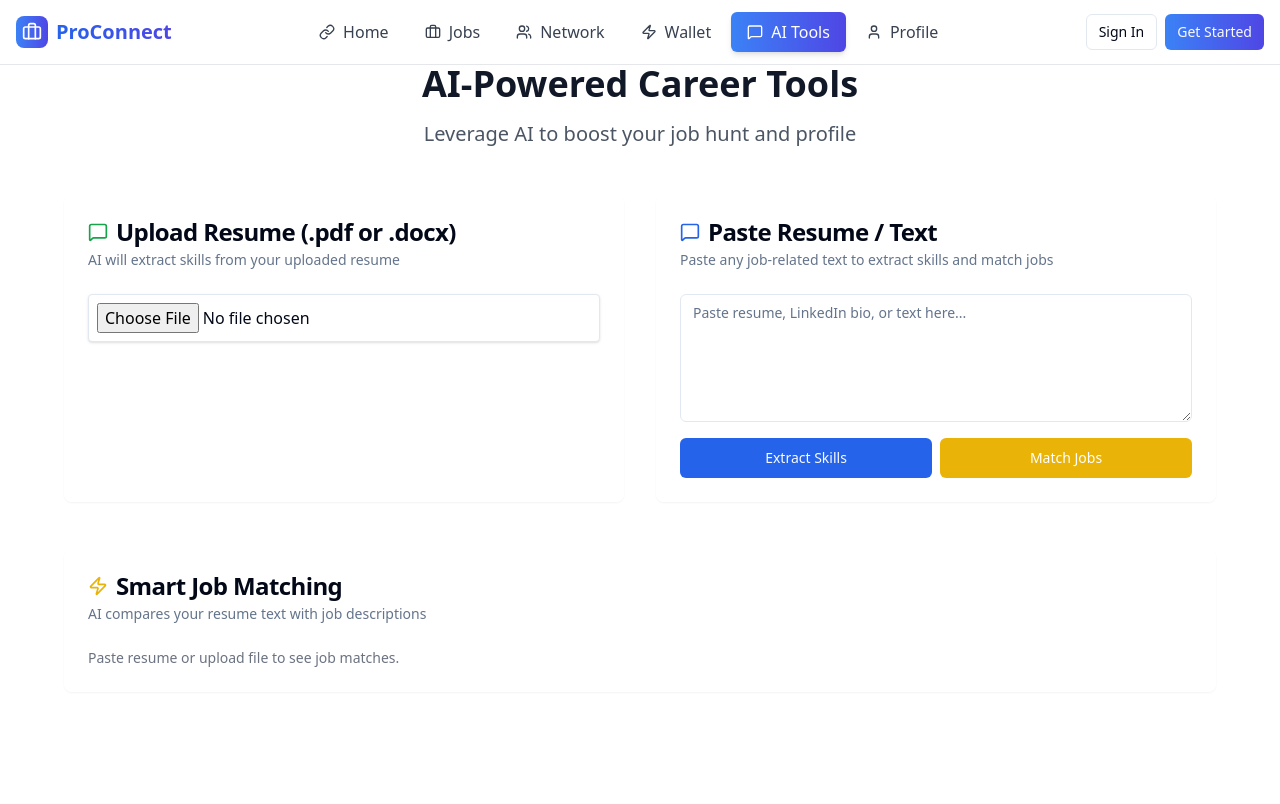
Repository: anjalikumari2207/connect-career-future
Page: /ai (app in client/)
These files come from the project's save history. The page is drawn as it stood at one moment and after the next save; the edit follows.
The browser window is 1280 px wide. The pictures show the whole page.
The project was rebuilt for these pictures with package versions that can differ from the ones it lists, and the page was loaded fresh each time. Also part of the build but not shown: client/vite.config.ts, client/src/components/ui/tooltip.tsx, client/src/components/ui/badge.tsx, client/src/components/ui/use-toast.ts, client/src/pages/WalletPage.tsx, client/src/pages/NotFound.tsx, client/src/pages/AuthPage.tsx, client/src/pages/ProfilePage.tsx and 11 more.

Above is the page before, as saved 2025-07-09 09:27:21.

### client/index.html

<!DOCTYPE html>
<html lang="en">
  <head>
    <meta charset="UTF-8" />
    <meta name="viewport" content="width=device-width, initial-scale=1.0" />
    <title>ProConnect - Professional Networking & Job Platform</title>
    <meta name="description" content="AI-powered professional networking and job platform with blockchain payments. Connect, discover opportunities, and grow your career." />
    <meta name="author" content="ProConnect" />

    <meta property="og:title" content="ProConnect - Professional Networking & Job Platform" />
    <meta property="og:description" content="AI-powered professional networking and job platform with blockchain payments. Connect, discover opportunities, and grow your career." />
    <meta property="og:type" content="website" />
    <meta property="og:image" content="https://lovable.dev/opengraph-image-p98pqg.png" />

    <meta name="twitter:card" content="summary_large_image" />
    <meta name="twitter:site" content="@proconnect_dev" />
    <meta name="twitter:image" content="https://lovable.dev/opengraph-image-p98pqg.png" />
  </head>

  <body>
    <div id="root"></div>
    <script type="module" src="/src/main.tsx"></script>
  </body>
</html>

### client/src/main.tsx
import { createRoot } from 'react-dom/client'
import App from './App.tsx'
import './index.css'

import { Buffer } from 'buffer';
import process from 'process';
(window as any).Buffer = Buffer;
(window as any).process = process;


createRoot(document.getElementById("root")!).render(<App />);

### client/src/App.tsx
import { Toaster } from "@/components/ui/toaster";
import { Toaster as Sonner } from "@/components/ui/sonner";
import { TooltipProvider } from "@/components/ui/tooltip";
import { QueryClient, QueryClientProvider } from "@tanstack/react-query";
import { BrowserRouter, Routes, Route } from "react-router-dom";
import WalletPage from "@/pages/WalletPage";
import Navigation from "@/components/Navigation";
import NotFound from "@/pages/NotFound";
import AuthPage from "@/pages/AuthPage";
import ProfilePage from "@/pages/ProfilePage";
import PostJob from "@/pages/PostJob";
import JobFeed from "@/pages/JobFeed";
import Home from "@/pages/Home";
import { useSolanaWallet } from "@/hooks/useSolanaWallet";
import NetworkingSection from "@/pages/NetworkingSection";
import PhantomConnect from "./components/blockchain/PhantomConnect";
import AIFeatures from "@/pages/AIFeatures";

const queryClient = new QueryClient();

const App = () => (
  <QueryClientProvider client={queryClient}>
    <TooltipProvider>
      <Toaster />
      <Sonner />

      <BrowserRouter>
        {/* ✅ Show Navigation on every page */}
        <Navigation />

        {/* ✅ All routes */}
        <Routes>
          <Route path="/" element={<Home />} />
          <Route path="/auth" element={<AuthPage onLogin={(user) => console.log("Logged in:", user)} />} />
          <Route path="/post-job" element={<PostJob />} />
          <Route path="/jobs" element={<JobFeed />} />
          <Route path="/profile" element={<ProfilePage />} />
          <Route path="/network" element={<NetworkingSection />} />
          <Route path="/wallet" element={<WalletPage />} />
          <Route path="/phantom" element={<PhantomConnect />} />
          <Route path="/ai" element={<AIFeatures />} />
          <Route path="*" element={<NotFound />} />
        </Routes>
      </BrowserRouter>
    </TooltipProvider>
  </QueryClientProvider>
);

export default App;

### client/src/components/ui/toaster.tsx
import { useToast } from "@/hooks/use-toast"
import {
  Toast,
  ToastClose,
  ToastDescription,
  ToastProvider,
  ToastTitle,
  ToastViewport,
} from "@/components/ui/toast"

export function Toaster() {
  const { toasts } = useToast()

  return (
    <ToastProvider>
      {toasts.map(function ({ id, title, description, action, ...props }) {
        return (
          <Toast key={id} {...props}>
            <div className="grid gap-1">
              {title && <ToastTitle>{title}</ToastTitle>}
              {description && (
                <ToastDescription>{description}</ToastDescription>
              )}
            </div>
            {action}
            <ToastClose />
          </Toast>
        )
      })}
      <ToastViewport />
    </ToastProvider>
  )
}

### client/src/components/ui/sonner.tsx
import { useTheme } from "next-themes"
import { Toaster as Sonner, toast } from "sonner"

type ToasterProps = React.ComponentProps<typeof Sonner>

const Toaster = ({ ...props }: ToasterProps) => {
  const { theme = "system" } = useTheme()

  return (
    <Sonner
      theme={theme as ToasterProps["theme"]}
      className="toaster group"
      toastOptions={{
        classNames: {
          toast:
            "group toast group-[.toaster]:bg-background group-[.toaster]:text-foreground group-[.toaster]:border-border group-[.toaster]:shadow-lg",
          description: "group-[.toast]:text-muted-foreground",
          actionButton:
            "group-[.toast]:bg-primary group-[.toast]:text-primary-foreground",
          cancelButton:
            "group-[.toast]:bg-muted group-[.toast]:text-muted-foreground",
        },
      }}
      {...props}
    />
  )
}

export { Toaster, toast }

### client/src/components/Navigation.tsx
// src/components/Navigation.tsx
import { NavLink, Link } from "react-router-dom";
import { Button } from "@/components/ui/button";
import { Briefcase, Users, Zap, User, MessageSquare, Link as LinkIcon } from "lucide-react";

const navItems = [
  { path: "/", label: "Home", icon: LinkIcon },
  { path: "/jobs", label: "Jobs", icon: Briefcase },
  { path: "/network", label: "Network", icon: Users },
  { path: "/wallet", label: "Wallet", icon: Zap },
  { path: "/ai", label: "AI Tools", icon: MessageSquare },
  { path: "/profile", label: "Profile", icon: User },
];

const Navigation = () => {
  return (
    <nav className="fixed top-0 left-0 right-0 z-50 bg-white/80 backdrop-blur-md border-b border-gray-200">
      <div className="max-w-7xl mx-auto px-4">
        <div className="flex items-center justify-between h-16">
          {/* Brand */}
          <div className="flex items-center space-x-2">
            <div className="w-8 h-8 bg-gradient-to-r from-blue-500 to-indigo-600 rounded-lg flex items-center justify-center">
              <Briefcase className="w-5 h-5 text-white" />
            </div>
            <h1 className="text-xl font-bold bg-gradient-to-r from-blue-600 to-indigo-600 bg-clip-text text-transparent">
              ProConnect
            </h1>
          </div>

          {/* Nav Links */}
          <div className="hidden md:flex items-center space-x-1">
            {navItems.map(({ path, label, icon: Icon }) => (
              <NavLink
                key={path}
                to={path}
                className={({ isActive }) =>
                  `flex items-center px-4 py-2 rounded-md transition-all duration-200 ${
                    isActive
                      ? "bg-gradient-to-r from-blue-500 to-indigo-600 text-white shadow-md"
                      : "hover:bg-blue-50 text-gray-700"
                  }`
                }
              >
                <Icon className="w-4 h-4 mr-2" />
                {label}
              </NavLink>
            ))}
          </div>

          {/* Auth Buttons */}
          <div className="flex items-center space-x-2">
            <Link to="/auth">
              <Button variant="outline" size="sm">Sign In</Button>
            </Link>
            <Link to="/jobs">
              <Button size="sm" className="bg-gradient-to-r from-blue-500 to-indigo-600 hover:from-blue-600 hover:to-indigo-700">
                Get Started
              </Button>
            </Link>
          </div>
        </div>
      </div>
    </nav>
  );
};

export default Navigation;

### client/src/pages/AIFeatures.tsx
import { useState } from "react";
import {
  Card, CardContent, CardDescription, CardHeader, CardTitle,
} from "@/components/ui/card";
import { Button } from "@/components/ui/button";
import { Badge } from "@/components/ui/badge";
import { Textarea } from "@/components/ui/textarea";
import { MessageSquare, Zap, Users, Briefcase } from "lucide-react";
import { useToast } from "@/hooks/use-toast";
import axios from "@/api/axios";

interface MatchResult {
  title: string;
  company: string;
  matchScore: number;
  matchReasons: string[];
}

const AIFeatures = () => {
  const [skillText, setSkillText] = useState("");
  const [extractedSkills, setExtractedSkills] = useState<string[]>([]);
  const [matchedJobs, setMatchedJobs] = useState<MatchResult[]>([]);
  const [isAnalyzing, setIsAnalyzing] = useState(false);
  const { toast } = useToast();

  const handleSkillExtraction = async () => {
    if (!skillText.trim()) return;
    setIsAnalyzing(true);

    try {
      const res = await axios.post<{ skills: string[] }>("/ai/extract-skills", { text: skillText });
      const skills = res.data.skills || [];
      setExtractedSkills(skills);

      toast({
        title: "✅ Skills Extracted",
        description: `Found ${skills.length} relevant skills.`,
      });
    } catch (err) {
      console.error("Skill extraction error:", err);
      toast({
        title: "❌ Skill Extraction Failed",
        description: "Could not analyze the text. Try again later.",
        variant: "destructive",
      });
    } finally {
      setIsAnalyzing(false);
    }
  };

  const handleResumeUpload = async (e: React.ChangeEvent<HTMLInputElement>) => {
    const file = e.target.files?.[0];
    if (!file) return;

    const formData = new FormData();
    formData.append("resume", file);
    setIsAnalyzing(true);

    try {
      const res = await axios.post<{ skills: string[] }>("/ai/upload-resume", formData, {
        headers: { "Content-Type": "multipart/form-data" },
      });
      const skills = res.data.skills || [];
      setExtractedSkills(skills);

      toast({
        title: "📄 Resume Analyzed",
        description: `Found ${skills.length} skills from your resume.`,
      });
    } catch (err) {
      console.error("Resume upload failed:", err);
      toast({
        title: "❌ Upload Failed",
        description: "Could not extract skills from resume.",
        variant: "destructive",
      });
    } finally {
      setIsAnalyzing(false);
    }
  };

  const handleJobMatch = async () => {
    if (!skillText.trim()) return;
    setIsAnalyzing(true);

    try {
      const jobsRes = await axios.get("/jobs");
      const res = await axios.post<{ matches: MatchResult[] }>("/ai/match-jobs", {
        resumeText: skillText,
        jobs: jobsRes.data,
      });

      setMatchedJobs(res.data.matches || []);

      toast({
        title: "✅ Job Matches Found",
        description: `${res.data.matches.length} matches found.`,
      });
    } catch (err) {
      console.error("Job match error:", err);
      toast({
        title: "❌ Job Matching Failed",
        description: "Something went wrong while matching jobs.",
        variant: "destructive",
      });
    } finally {
      setIsAnalyzing(false);
    }
  };

  return (
    <div className="py-16 px-4">
      <div className="max-w-6xl mx-auto">
        <div className="text-center mb-12">
          <h2 className="text-4xl font-bold text-gray-900 mb-4">AI-Powered Career Tools</h2>
          <p className="text-xl text-gray-600 mb-8">Leverage AI to boost your job hunt and profile</p>
        </div>

        <div className="grid lg:grid-cols-2 gap-8 mb-12">
          {/* Resume Upload + Skill Extraction */}
          <Card className="border-0 bg-white/80 backdrop-blur-sm">
            <CardHeader>
              <CardTitle className="flex items-center gap-2">
                <MessageSquare className="w-5 h-5 text-green-600" />
                Upload Resume (.pdf or .docx)
              </CardTitle>
              <CardDescription>AI will extract skills from your uploaded resume</CardDescription>
            </CardHeader>
            <CardContent className="space-y-4">
              <input
                type="file"
                accept=".pdf,.docx"
                onChange={handleResumeUpload}
                className="w-full p-2 border rounded bg-white shadow"
              />

              {extractedSkills.length > 0 && (
                <div className="space-y-3">
                  <h4 className="font-semibold">Extracted Skills:</h4>
                  <div className="flex flex-wrap gap-2">
                    {extractedSkills.map((skill) => (
                      <Badge key={skill} className="bg-gradient-to-r from-green-100 to-emerald-100 text-green-800 border-green-200">
                        {skill}
                      </Badge>
                    ))}
                  </div>
                </div>
              )}
            </CardContent>
          </Card>

          {/* Text Input Skill Extraction */}
          <Card className="border-0 bg-white/80 backdrop-blur-sm">
            <CardHeader>
              <CardTitle className="flex items-center gap-2">
                <MessageSquare className="w-5 h-5 text-blue-600" />
                Paste Resume / Text
              </CardTitle>
              <CardDescription>Paste any job-related text to extract skills and match jobs</CardDescription>
            </CardHeader>
            <CardContent className="space-y-4">
              <Textarea
                placeholder="Paste resume, LinkedIn bio, or text here..."
                value={skillText}
                onChange={(e) => setSkillText(e.target.value)}
                className="min-h-32"
              />

              <div className="flex gap-2">
                <Button onClick={handleSkillExtraction} disabled={isAnalyzing} className="w-full bg-blue-600">
                  {isAnalyzing ? "Analyzing..." : "Extract Skills"}
                </Button>
                <Button onClick={handleJobMatch} disabled={isAnalyzing} className="w-full bg-yellow-500 text-white">
                  {isAnalyzing ? "Matching..." : "Match Jobs"}
                </Button>
              </div>

              {extractedSkills.length > 0 && (
                <div className="space-y-3">
                  <h4 className="font-semibold">Extracted Skills:</h4>
                  <div className="flex flex-wrap gap-2">
                    {extractedSkills.map((skill) => (
                      <Badge key={skill} className="bg-blue-100 text-blue-800 border">
                        {skill}
                      </Badge>
                    ))}
                  </div>
                </div>
              )}
            </CardContent>
          </Card>
        </div>

        {/* Smart Job Matches */}
        <Card className="border-0 bg-white/80 backdrop-blur-sm mb-12">
          <CardHeader>
            <CardTitle className="flex items-center gap-2">
              <Zap className="w-5 h-5 text-yellow-500" />
              Smart Job Matching
            </CardTitle>
            <CardDescription>AI compares your resume text with job descriptions</CardDescription>
          </CardHeader>
          <CardContent className="space-y-4">
            {matchedJobs.length > 0 ? matchedJobs.map((job, index) => (
              <div key={index} className="p-4 border border-gray-100 rounded-lg hover:bg-gray-50 transition-colors">
                <div className="flex items-start justify-between mb-2">
                  <div>
                    <h4 className="font-semibold">{job.title}</h4>
                    <p className="text-sm text-gray-600">{job.company}</p>
                  </div>
                  <div className="text-right">
                    <div className="flex items-center gap-1 mb-1">
                      <Zap className="w-4 h-4 text-yellow-500" />
                      <span className="font-semibold text-yellow-600">{job.matchScore}%</span>
                    </div>
                  </div>
                </div>
                <div className="space-y-1">
                  <p className="text-sm font-medium text-gray-700">Match Reasons:</p>
                  <div className="flex flex-wrap gap-1">
                    {job.matchReasons?.map((reason, i) => (
                      <Badge key={i} variant="secondary" className="text-xs">{reason}</Badge>
                    ))}
                  </div>
                </div>
              </div>
            )) : (
              <p className="text-sm text-gray-500">Paste resume or upload file to see job matches.</p>
            )}
          </CardContent>
        </Card>
      </div>
    </div>
  );
};

export default AIFeatures;

### client/src/components/ui/card.tsx
import * as React from "react"

import { cn } from "@/lib/utils"

const Card = React.forwardRef<
  HTMLDivElement,
  React.HTMLAttributes<HTMLDivElement>
>(({ className, ...props }, ref) => (
  <div
    ref={ref}
    className={cn(
      "rounded-lg border bg-card text-card-foreground shadow-sm",
      className
    )}
    {...props}
  />
))
Card.displayName = "Card"

const CardHeader = React.forwardRef<
  HTMLDivElement,
  React.HTMLAttributes<HTMLDivElement>
>(({ className, ...props }, ref) => (
  <div
    ref={ref}
    className={cn("flex flex-col space-y-1.5 p-6", className)}
    {...props}
  />
))
CardHeader.displayName = "CardHeader"

const CardTitle = React.forwardRef<
  HTMLParagraphElement,
  React.HTMLAttributes<HTMLHeadingElement>
>(({ className, ...props }, ref) => (
  <h3
    ref={ref}
    className={cn(
      "text-2xl font-semibold leading-none tracking-tight",
      className
    )}
    {...props}
  />
))
CardTitle.displayName = "CardTitle"

const CardDescription = React.forwardRef<
  HTMLParagraphElement,
  React.HTMLAttributes<HTMLParagraphElement>
>(({ className, ...props }, ref) => (
  <p
    ref={ref}
    className={cn("text-sm text-muted-foreground", className)}
    {...props}
  />
))
CardDescription.displayName = "CardDescription"

const CardContent = React.forwardRef<
  HTMLDivElement,
  React.HTMLAttributes<HTMLDivElement>
>(({ className, ...props }, ref) => (
  <div ref={ref} className={cn("p-6 pt-0", className)} {...props} />
))
CardContent.displayName = "CardContent"

const CardFooter = React.forwardRef<
  HTMLDivElement,
  React.HTMLAttributes<HTMLDivElement>
>(({ className, ...props }, ref) => (
  <div
    ref={ref}
    className={cn("flex items-center p-6 pt-0", className)}
    {...props}
  />
))
CardFooter.displayName = "CardFooter"

export { Card, CardHeader, CardFooter, CardTitle, CardDescription, CardContent }

### client/src/components/ui/button.tsx
import * as React from "react"
import { Slot } from "@radix-ui/react-slot"
import { cva, type VariantProps } from "class-variance-authority"

import { cn } from "@/lib/utils"

const buttonVariants = cva(
  "inline-flex items-center justify-center gap-2 whitespace-nowrap rounded-md text-sm font-medium ring-offset-background transition-colors focus-visible:outline-none focus-visible:ring-2 focus-visible:ring-ring focus-visible:ring-offset-2 disabled:pointer-events-none disabled:opacity-50 [&_svg]:pointer-events-none [&_svg]:size-4 [&_svg]:shrink-0",
  {
    variants: {
      variant: {
        default: "bg-primary text-primary-foreground hover:bg-primary/90",
        destructive:
          "bg-destructive text-destructive-foreground hover:bg-destructive/90",
        outline:
          "border border-input bg-background hover:bg-accent hover:text-accent-foreground",
        secondary:
          "bg-secondary text-secondary-foreground hover:bg-secondary/80",
        ghost: "hover:bg-accent hover:text-accent-foreground",
        link: "text-primary underline-offset-4 hover:underline",
      },
      size: {
        default: "h-10 px-4 py-2",
        sm: "h-9 rounded-md px-3",
        lg: "h-11 rounded-md px-8",
        icon: "h-10 w-10",
      },
    },
    defaultVariants: {
      variant: "default",
      size: "default",
    },
  }
)

export interface ButtonProps
  extends React.ButtonHTMLAttributes<HTMLButtonElement>,
    VariantProps<typeof buttonVariants> {
  asChild?: boolean
}

const Button = React.forwardRef<HTMLButtonElement, ButtonProps>(
  ({ className, variant, size, asChild = false, ...props }, ref) => {
    const Comp = asChild ? Slot : "button"
    return (
      <Comp
        className={cn(buttonVariants({ variant, size, className }))}
        ref={ref}
        {...props}
      />
    )
  }
)
Button.displayName = "Button"

export { Button, buttonVariants }

### client/src/api/axios.ts
// src/api/axios.ts
import axios from "axios";

const instance = axios.create({
  baseURL: "http://localhost:5000/api",
});

instance.interceptors.request.use((config) => {
  const token = localStorage.getItem("token");
  if (token) {
    config.headers.Authorization = token;
  }
  return config;
});

export default instance;

### client/src/components/ui/textarea.tsx
import * as React from "react"

import { cn } from "@/lib/utils"

export interface TextareaProps
  extends React.TextareaHTMLAttributes<HTMLTextAreaElement> {}

const Textarea = React.forwardRef<HTMLTextAreaElement, TextareaProps>(
  ({ className, ...props }, ref) => {
    return (
      <textarea
        className={cn(
          "flex min-h-[80px] w-full rounded-md border border-input bg-background px-3 py-2 text-sm ring-offset-background placeholder:text-muted-foreground focus-visible:outline-none focus-visible:ring-2 focus-visible:ring-ring focus-visible:ring-offset-2 disabled:cursor-not-allowed disabled:opacity-50",
          className
        )}
        ref={ref}
        {...props}
      />
    )
  }
)
Textarea.displayName = "Textarea"

export { Textarea }

Loaded but not shown: client/src/index.css (common file); client/src/hooks/use-toast.ts (common file); client/src/lib/utils.ts (common file); client/tailwind.config.ts (common file); client/src/components/ui/toast.tsx (127 lines, source omitted)

After the next save:
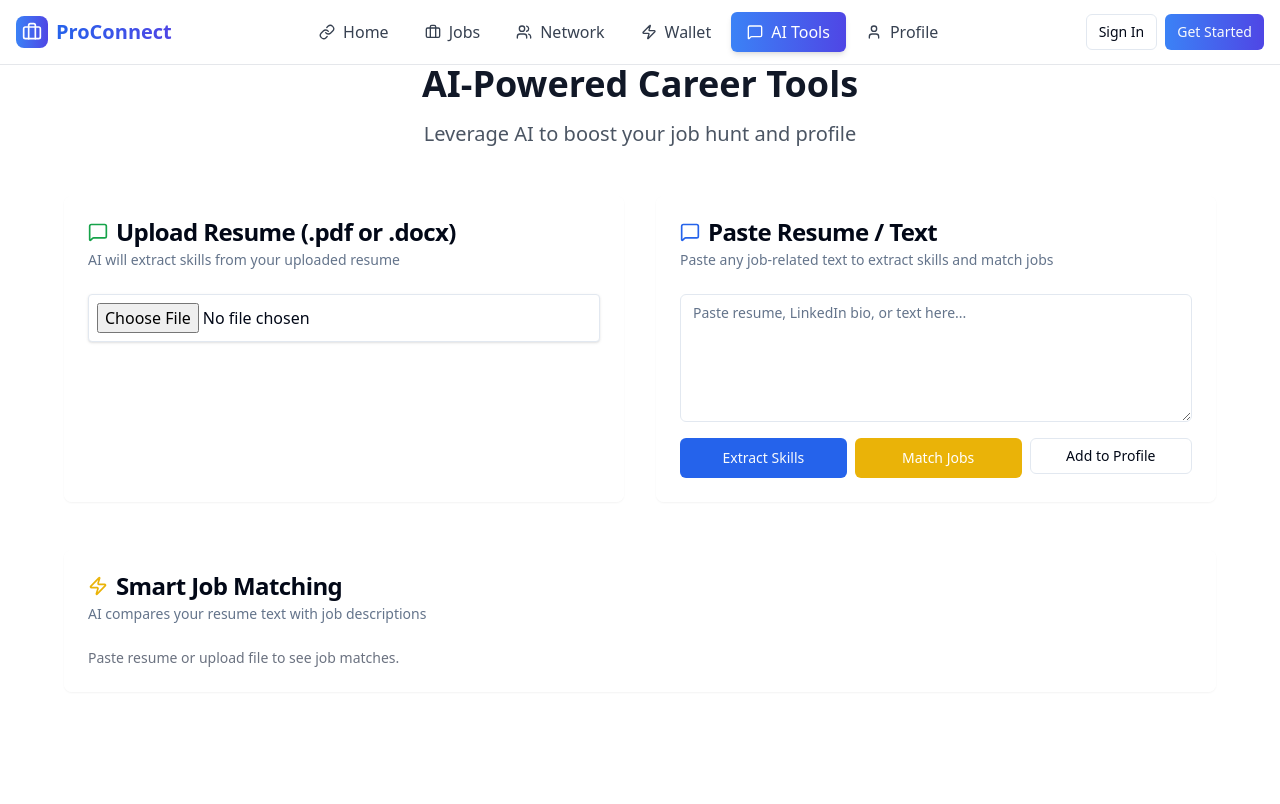
Saved 6 min 12 s later.
--- a/client/src/pages/AIFeatures.tsx
+++ b/client/src/pages/AIFeatures.tsx
@@ -173,6 +173,30 @@ const AIFeatures = () => {
                 <Button onClick={handleJobMatch} disabled={isAnalyzing} className="w-full bg-yellow-500 text-white">
                   {isAnalyzing ? "Matching..." : "Match Jobs"}
                 </Button>
+                <Button
+  variant="outline"
+  size="sm"
+  className="w-full"
+  onClick={async () => {
+    try {
+      const res = await axios.put("/profile/skills", { skills: extractedSkills });
+      toast({
+        title: "✅ Skills Added to Profile",
+        description: `${res.data.skills.length} skills saved.`,
+      });
+    } catch (err) {
+      console.error("Add to profile error:", err);
+      toast({
+        title: "❌ Failed to Save Skills",
+        description: "Please try again.",
+        variant: "destructive",
+      });
+    }
+  }}
+>
+  Add to Profile
+</Button>
+
               </div>
 
               {extractedSkills.length > 0 && (
